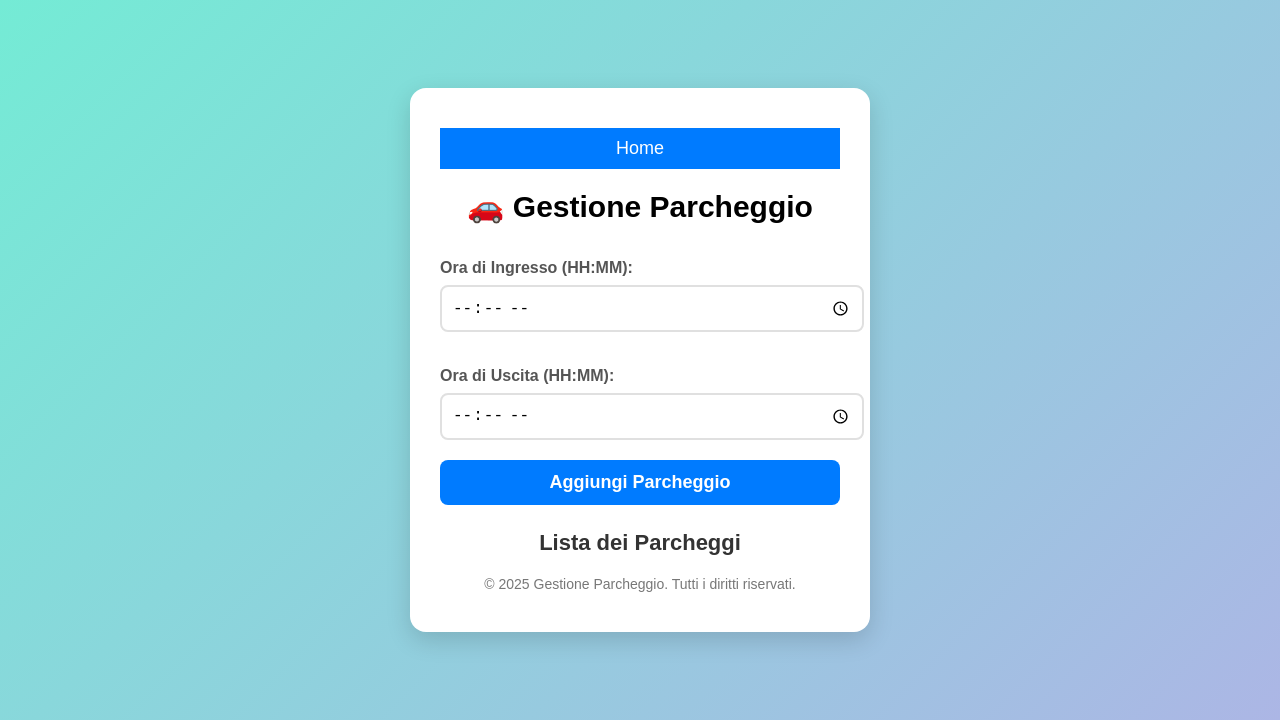
Repository: Probyte5D/ParcheggioApp
Page: / (app in frontend/)
These files come from the project's save history. The page is drawn as it stood at one moment and after the next save; the edit follows.
The browser window is 1280 px wide. The pictures show the whole page.
The page's requests for data from a server got no answer. The project was rebuilt for these pictures with package versions that can differ from the ones it lists, and the page was loaded fresh each time. No one was signed in, and anything a server would have sent is missing.

Above is the page before, as saved 2025-04-28 19:04:59.

After the next save:
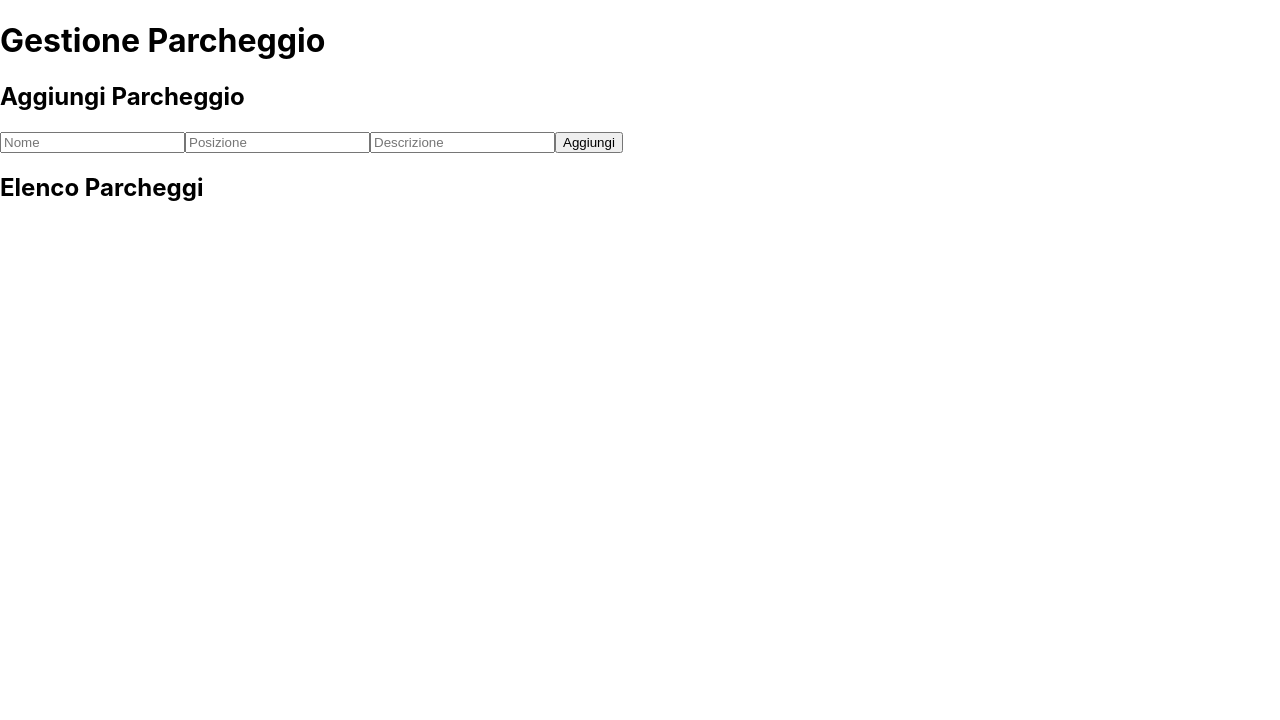
Saved 78 s later.
--- a/frontend/src/App.js
+++ b/frontend/src/App.js
@@ -1,40 +1,91 @@
-import React, { useEffect, useState } from 'react';
-import Header from './components/Header';
-import Navbar from './components/Navbar';
-import ParkingForm from './components/ParkingForm';
-import ParkingList from './components/ParkingList';
-import Footer from './components/Footer';
-import './App.css';
+import React, { useState, useEffect } from 'react';
 import axios from 'axios';
 
 function App() {
   const [parcheggi, setParcheggi] = useState([]);
+  const [newParcheggio, setNewParcheggio] = useState({
+    // Replace with the actual fields of your "Parcheggio" model
+    nome: '',
+    posizione: '',
+    descrizione: ''
+  });
 
+  // Carica tutti i parcheggi
   const caricaParcheggi = async () => {
     try {
-        const response = await axios.get('/parcheggio/tutti'); // Use the correct endpoint
-        setParcheggi(response.data);
+      const response = await axios.get('/parcheggio/tutti');
+      setParcheggi(response.data);
     } catch (error) {
-        console.error("Error loading parking spots", error);
+      console.error("Error loading parking spots", error);
     }
-};
+  };
+
+  // Aggiungi un parcheggio
+  const aggiungiParcheggio = async () => {
+    try {
+      const response = await axios.post('/parcheggio/aggiungi', newParcheggio);
+      console.log('Parcheggio aggiunto:', response.data);
+      // Update the list of parcheggi or reset the form
+      caricaParcheggi();
+    } catch (error) {
+      console.error("Error adding parking spot", error);
+    }
+  };
+
+  // Carica parcheggio per ID
+  const caricaParcheggioPerId = async (id) => {
+    try {
+      const response = await axios.get(`/parcheggio/${id}`);
+      console.log('Parcheggio per ID:', response.data);
+      // Set the data in state or show in the UI
+    } catch (error) {
+      console.error("Error loading parking spot by ID", error);
+    }
+  };
 
   useEffect(() => {
-    caricaParcheggi();
+    caricaParcheggi(); // Load all parking spots when the component mounts
   }, []);
 
-  const aggiungiParcheggio = async (oraIngresso, oraUscita) => {
-    await axios.post('/api/parcheggi', { oraIngresso, oraUscita });
-    caricaParcheggi();
-  };
+  return (
+    <div>
+      <h1>Gestione Parcheggio</h1>
 
-  return (
-    <div className="App">
-      <Navbar />
-      <Header />
-      <ParkingForm onAdd={aggiungiParcheggio} />
-      <ParkingList parcheggi={parcheggi} />
-      <Footer />
+      <h2>Aggiungi Parcheggio</h2>
+      <form onSubmit={(e) => {
+        e.preventDefault();
+        aggiungiParcheggio();
+      }}>
+        <input
+          type="text"
+          placeholder="Nome"
+          value={newParcheggio.nome}
+          onChange={(e) => setNewParcheggio({ ...newParcheggio, nome: e.target.value })}
+        />
+        <input
+          type="text"
+          placeholder="Posizione"
+          value={newParcheggio.posizione}
+          onChange={(e) => setNewParcheggio({ ...newParcheggio, posizione: e.target.value })}
+        />
+        <input
+          type="text"
+          placeholder="Descrizione"
+          value={newParcheggio.descrizione}
+          onChange={(e) => setNewParcheggio({ ...newParcheggio, descrizione: e.target.value })}
+        />
+        <button type="submit">Aggiungi</button>
+      </form>
+
+      <h2>Elenco Parcheggi</h2>
+      <ul>
+        {parcheggi.map((parcheggio) => (
+          <li key={parcheggio.id}>
+            {parcheggio.nome} - {parcheggio.posizione}
+            <button onClick={() => caricaParcheggioPerId(parcheggio.id)}>Dettagli</button>
+          </li>
+        ))}
+      </ul>
     </div>
   );
 }

After the save that followed:
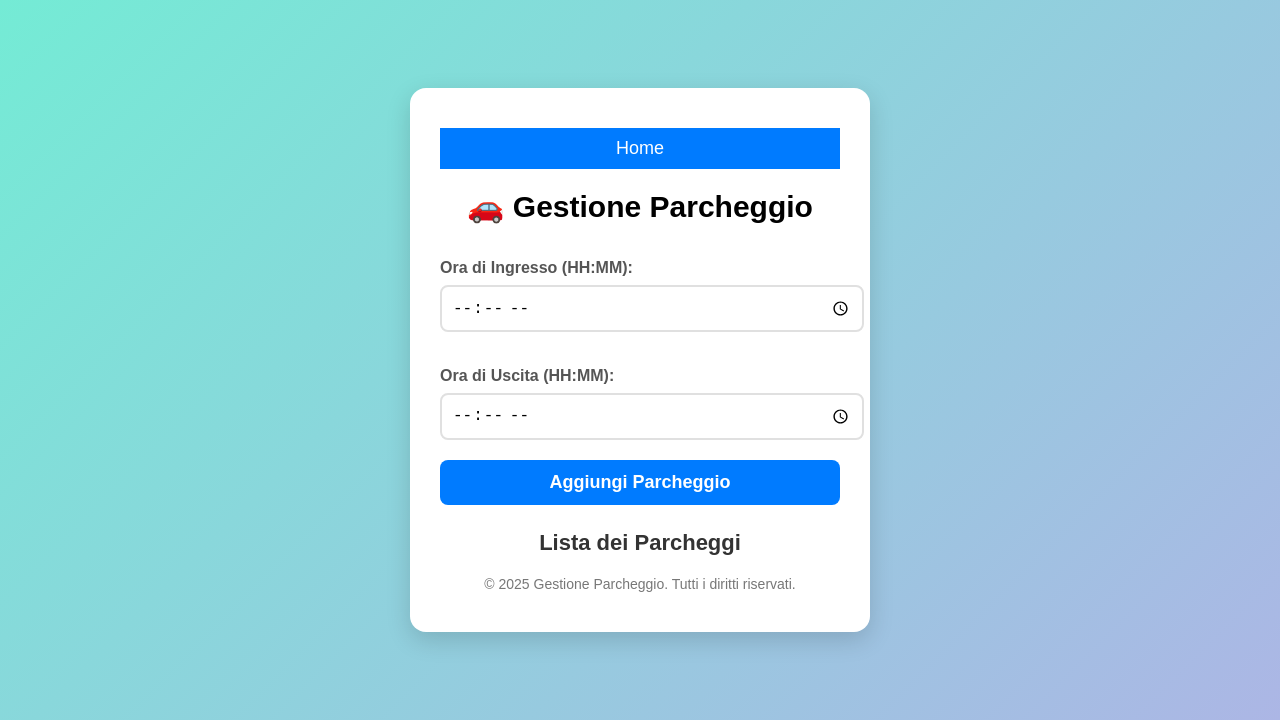
Saved 55 s later.
--- a/frontend/src/App.js
+++ b/frontend/src/App.js
@@ -1,91 +1,40 @@
-import React, { useState, useEffect } from 'react';
+import React, { useEffect, useState } from 'react';
+import Header from './components/Header';
+import Navbar from './components/Navbar';
+import ParkingForm from './components/ParkingForm';
+import ParkingList from './components/ParkingList';
+import Footer from './components/Footer';
+import './App.css';
 import axios from 'axios';
 
 function App() {
   const [parcheggi, setParcheggi] = useState([]);
-  const [newParcheggio, setNewParcheggio] = useState({
-    // Replace with the actual fields of your "Parcheggio" model
-    nome: '',
-    posizione: '',
-    descrizione: ''
-  });
 
-  // Carica tutti i parcheggi
   const caricaParcheggi = async () => {
     try {
-      const response = await axios.get('/parcheggio/tutti');
-      setParcheggi(response.data);
+        const response = await axios.get('/parcheggio/tutti'); // Use the correct endpoint
+        setParcheggi(response.data);
     } catch (error) {
-      console.error("Error loading parking spots", error);
+        console.error("Error loading parking spots", error);
     }
+};
+
+  useEffect(() => {
+    caricaParcheggi();
+  }, []);
+
+  const aggiungiParcheggio = async (oraIngresso, oraUscita) => {
+    await axios.post('/api/parcheggi', { oraIngresso, oraUscita });
+    caricaParcheggi();
   };
 
-  // Aggiungi un parcheggio
-  const aggiungiParcheggio = async () => {
-    try {
-      const response = await axios.post('/parcheggio/aggiungi', newParcheggio);
-      console.log('Parcheggio aggiunto:', response.data);
-      // Update the list of parcheggi or reset the form
-      caricaParcheggi();
-    } catch (error) {
-      console.error("Error adding parking spot", error);
-    }
-  };
-
-  // Carica parcheggio per ID
-  const caricaParcheggioPerId = async (id) => {
-    try {
-      const response = await axios.get(`/parcheggio/${id}`);
-      console.log('Parcheggio per ID:', response.data);
-      // Set the data in state or show in the UI
-    } catch (error) {
-      console.error("Error loading parking spot by ID", error);
-    }
-  };
-
-  useEffect(() => {
-    caricaParcheggi(); // Load all parking spots when the component mounts
-  }, []);
-
   return (
-    <div>
-      <h1>Gestione Parcheggio</h1>
-
-      <h2>Aggiungi Parcheggio</h2>
-      <form onSubmit={(e) => {
-        e.preventDefault();
-        aggiungiParcheggio();
-      }}>
-        <input
-          type="text"
-          placeholder="Nome"
-          value={newParcheggio.nome}
-          onChange={(e) => setNewParcheggio({ ...newParcheggio, nome: e.target.value })}
-        />
-        <input
-          type="text"
-          placeholder="Posizione"
-          value={newParcheggio.posizione}
-          onChange={(e) => setNewParcheggio({ ...newParcheggio, posizione: e.target.value })}
-        />
-        <input
-          type="text"
-          placeholder="Descrizione"
-          value={newParcheggio.descrizione}
-          onChange={(e) => setNewParcheggio({ ...newParcheggio, descrizione: e.target.value })}
-        />
-        <button type="submit">Aggiungi</button>
-      </form>
-
-      <h2>Elenco Parcheggi</h2>
-      <ul>
-        {parcheggi.map((parcheggio) => (
-          <li key={parcheggio.id}>
-            {parcheggio.nome} - {parcheggio.posizione}
-            <button onClick={() => caricaParcheggioPerId(parcheggio.id)}>Dettagli</button>
-          </li>
-        ))}
-      </ul>
+    <div className="App">
+      <Navbar />
+      <Header />
+      <ParkingForm onAdd={aggiungiParcheggio} />
+      <ParkingList parcheggi={parcheggi} />
+      <Footer />
     </div>
   );
 }
